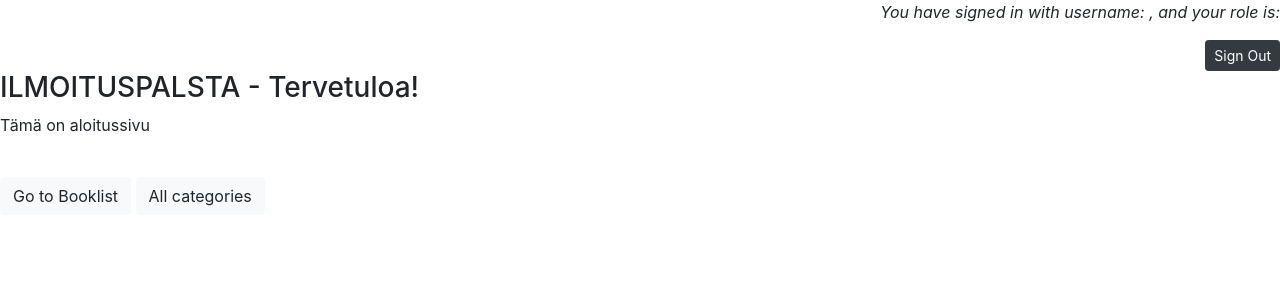
Repository: LiljestromNadja/Backend_s2023_harjoitustyo
Page: http://localhost/index
These files come from the project's save history. The page is drawn as it stood at one moment and after the next save; the edit follows.
The browser window is 1280 px wide. The pictures show the whole page.
The page is this project's Thymeleaf template; nobody is signed in. The template is opened directly, without the code that normally fills it, so the values that code supplies are empty.

Above is the page before, as saved 2023-11-09 19:04:21.

After the next save:
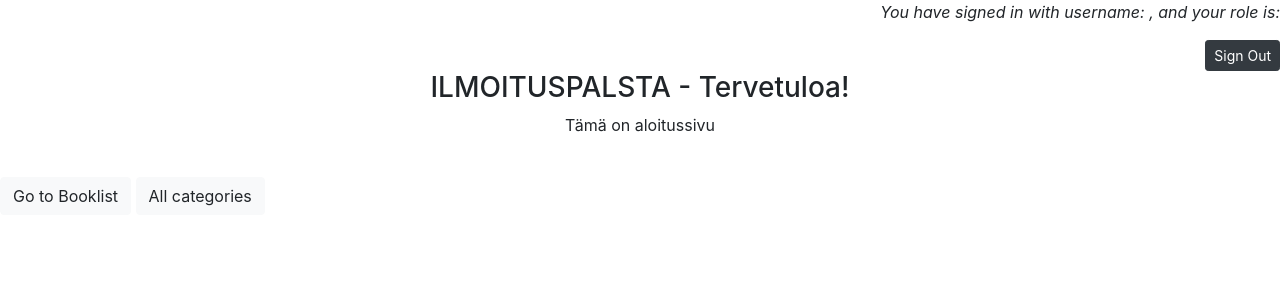
Saved 26 s later.
--- a/harkkas23v01/src/main/resources/templates/index.html
+++ b/harkkas23v01/src/main/resources/templates/index.html
@@ -18,7 +18,7 @@
 		</form>
 	</div>
 
-	<div>
+	<div style="text-align: center">
 		<h3>ILMOITUSPALSTA - Tervetuloa!</h3>
 
 		 Tämä on aloitussivu
